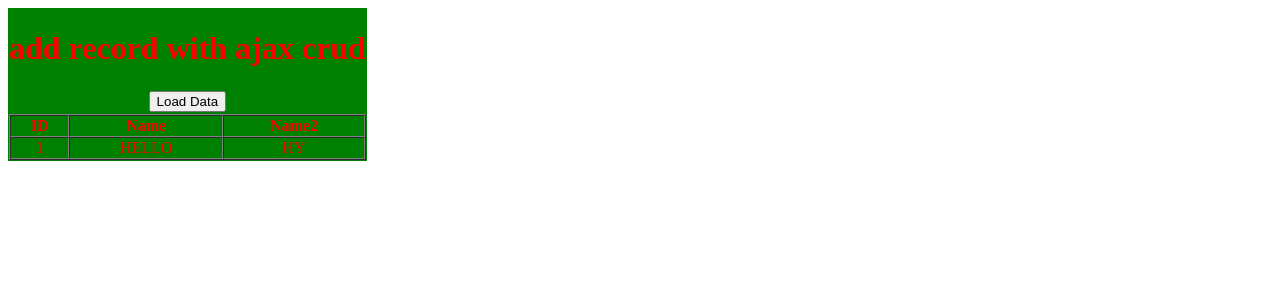
Repository: Tauqeer124/newrepo
Page: http://localhost/insertdata.php
These files come from the project's save history. The page is drawn as it stood at one moment and after a run of saves; the edit follows.
The browser window is 1280 px wide. The pictures show the whole page.
The page is run by PHP 8.4 with error messages shown; the project is at /var/www/html/.

Above is the page before, as saved 2023-04-28 12:19:15.
Console error: ReferenceError: $ is not defined

After the next 2 saves:
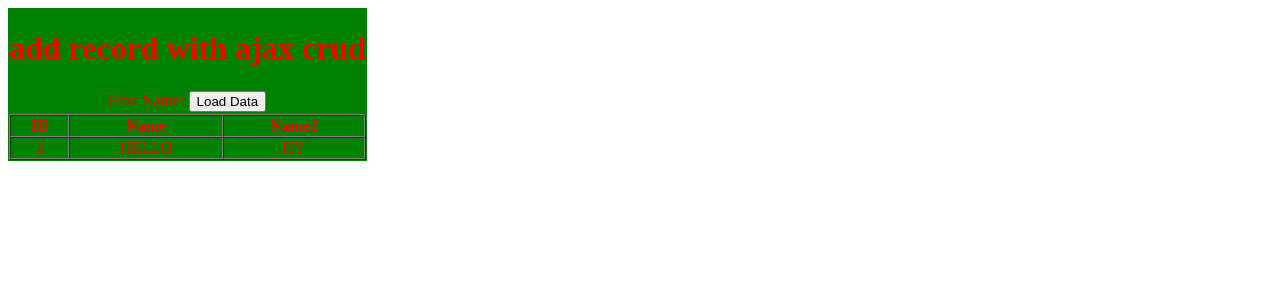
The 2 saves are shown as one change because they came seconds apart.
The last was saved 7 s later.
--- a/insertdata.php
+++ b/insertdata.php
@@ -19,7 +19,7 @@
             </tr>
             <tr>
                 <td id="table-form">
-
+                    First Name:
                     <input type="button" id="load-button" value="Load Data" >
                 </td>
             </tr>
